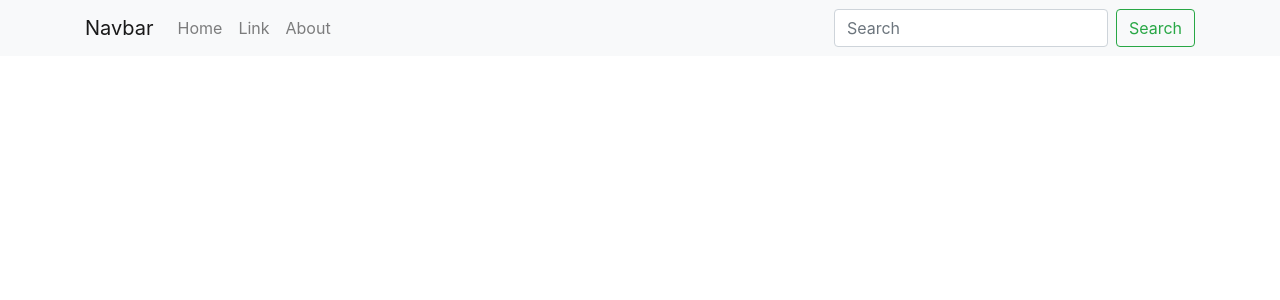
Repository: Mietlicha/exercise2
Page: index.html
These files come from the project's save history. The page is drawn as it stood at one moment and after the next save; the edit follows.
The browser window is 1280 px wide. The pictures show the whole page.

Above is the page before, as saved 2019-10-22 19:23:11.

### index.html
<!DOCTYPE html>
<html lang="en">

<head>
    <meta charset="UTF-8">
    <meta name="viewport" content="width=device-width, initial-scale=1.0">
    <meta http-equiv="X-UA-Compatible" content="ie=edge">
    <title>Document</title>
    <link rel="stylesheet" href="https://stackpath.bootstrapcdn.com/bootstrap/4.3.1/css/bootstrap.min.css"
        integrity="sha384-ggOyR0iXCbMQv3Xipma34MD+dH/1fQ784/j6cY/iJTQUOhcWr7x9JvoRxT2MZw1T" crossorigin="anonymous">
    <link rel="stylesheet" href="style.css">

</head>

<body>
    <nav class="navbar navbar-expand-lg navbar-light bg-light">
        <div class="container">
        <a class="navbar-brand" href="#">Navbar</a>
        <ul class="navbar-nav mr-auto mt-2 mt-lg-0">
            <li class="nav-item">
                <a class="nav-link" href="#">Home <span class="sr-only">(current)</span></a>
            </li>
            <li class="nav-item">
                <a class="nav-link" href="#">Link</a>
            </li>
            <li class="nav-item">
                <a class="nav-link" href="#">About</a>
            </li>
        </ul>
        <form class="form-inline my-2 my-lg-0">
                <input class="form-control mr-sm-2" type="search" placeholder="Search" aria-label="Search">
                <button class="btn btn-outline-success my-2 my-sm-0" type="submit">Search</button>
              </form>
    </div>
    </nav>

</body>

</html>

### style.css
.jumbotron{
    background-color: rgb(64, 196, 196);
}

After the next save:
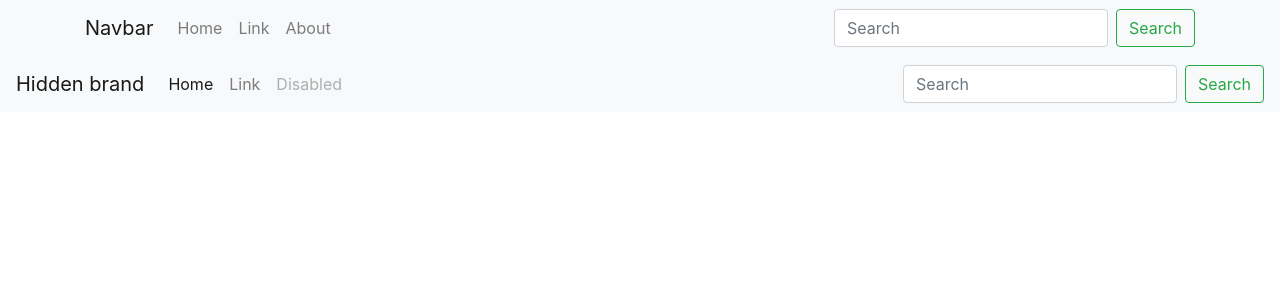
Saved 4 min 34 s later.
--- a/index.html
+++ b/index.html
@@ -34,6 +34,30 @@
     </div>
     </nav>
 
+    <nav class="navbar navbar-expand-lg navbar-light bg-light">
+            <button class="navbar-toggler" type="button" data-toggle="collapse" data-target="#navbarTogglerDemo01" aria-controls="navbarTogglerDemo01" aria-expanded="false" aria-label="Toggle navigation">
+              <span class="navbar-toggler-icon"></span>
+            </button>
+            <div class="collapse navbar-collapse" id="navbarTogglerDemo01">
+              <a class="navbar-brand" href="#">Hidden brand</a>
+              <ul class="navbar-nav mr-auto mt-2 mt-lg-0">
+                <li class="nav-item active">
+                  <a class="nav-link" href="#">Home <span class="sr-only">(current)</span></a>
+                </li>
+                <li class="nav-item">
+                  <a class="nav-link" href="#">Link</a>
+                </li>
+                <li class="nav-item">
+                  <a class="nav-link disabled" href="#" tabindex="-1" aria-disabled="true">Disabled</a>
+                </li>
+              </ul>
+              <form class="form-inline my-2 my-lg-0">
+                <input class="form-control mr-sm-2" type="search" placeholder="Search" aria-label="Search">
+                <button class="btn btn-outline-success my-2 my-sm-0" type="submit">Search</button>
+              </form>
+            </div>
+          </nav>
+
 </body>
 
 </html>
